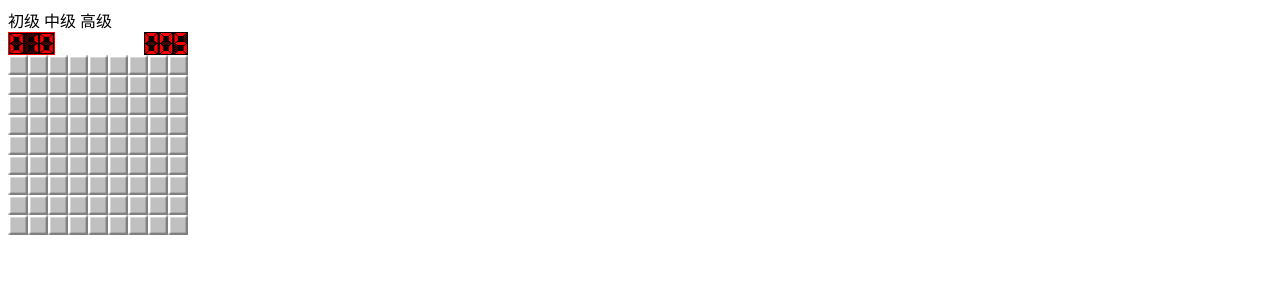
Repository: vLinv/MineSweeper
Page: index.html
An editor plug-in stored every save of this project. The page is shown before and after a run of saves, followed by the edit.
The browser window is 1280 px wide. The pictures show the whole page.

Above is the page before, as saved 2022-02-18 11:50:00.

After the next 8 saves:
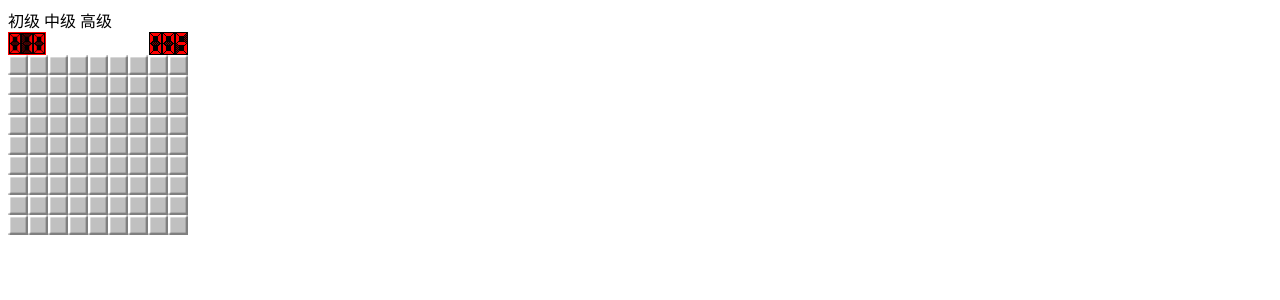
The 8 saves are shown as one change because they came seconds apart.
The last was saved 33 s later.
--- a/index.html
+++ b/index.html
@@ -34,7 +34,7 @@
       flex: 1;
     }
     .face_btn{
-      flex: 2;
+      flex: 3;
     }
     #timeCanvas{
       flex: 1;
